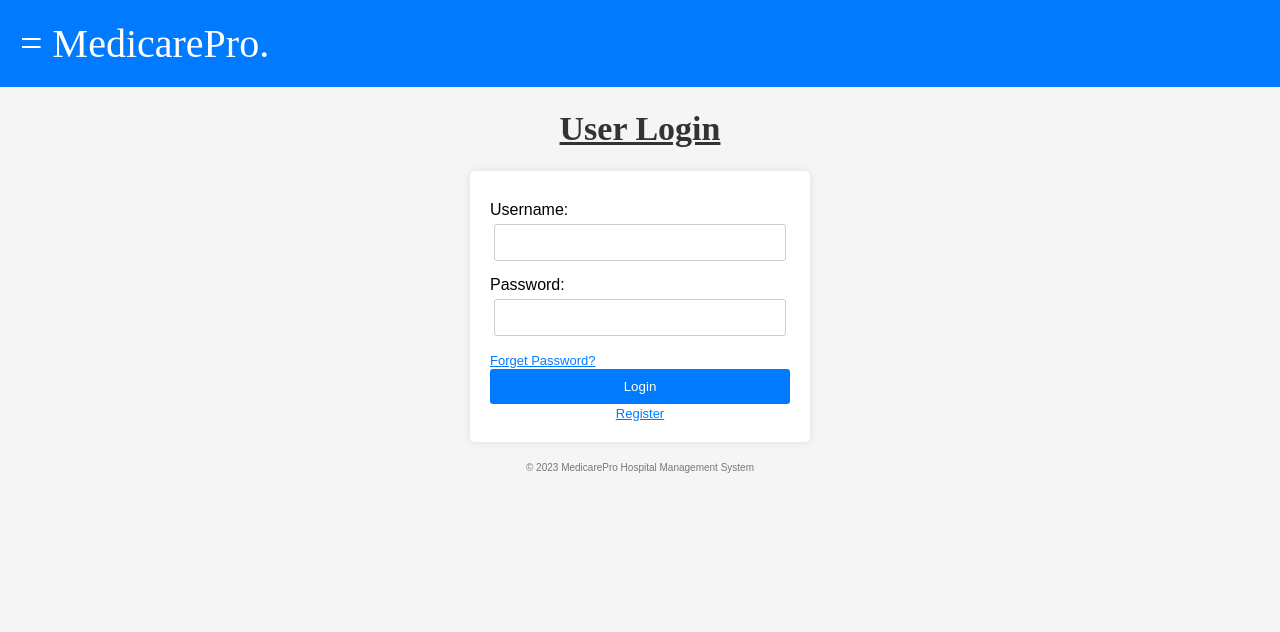
Repository: KarunarathneRR/HospitalManagementSystem
Page: http://localhost/hospital/login.jsp
The author's editor kept a copy of each file at every save. The page is drawn from the files as they stood at one save, then again after the next save.
The browser window is 1280 px wide. The pictures show the whole page.
The page is served by Tomcat 9.

Above is the page before, as saved 2023-10-27 20:13:08.
Not found: hospital/hospital/desktop/management/image/img2jpd

After the next save:
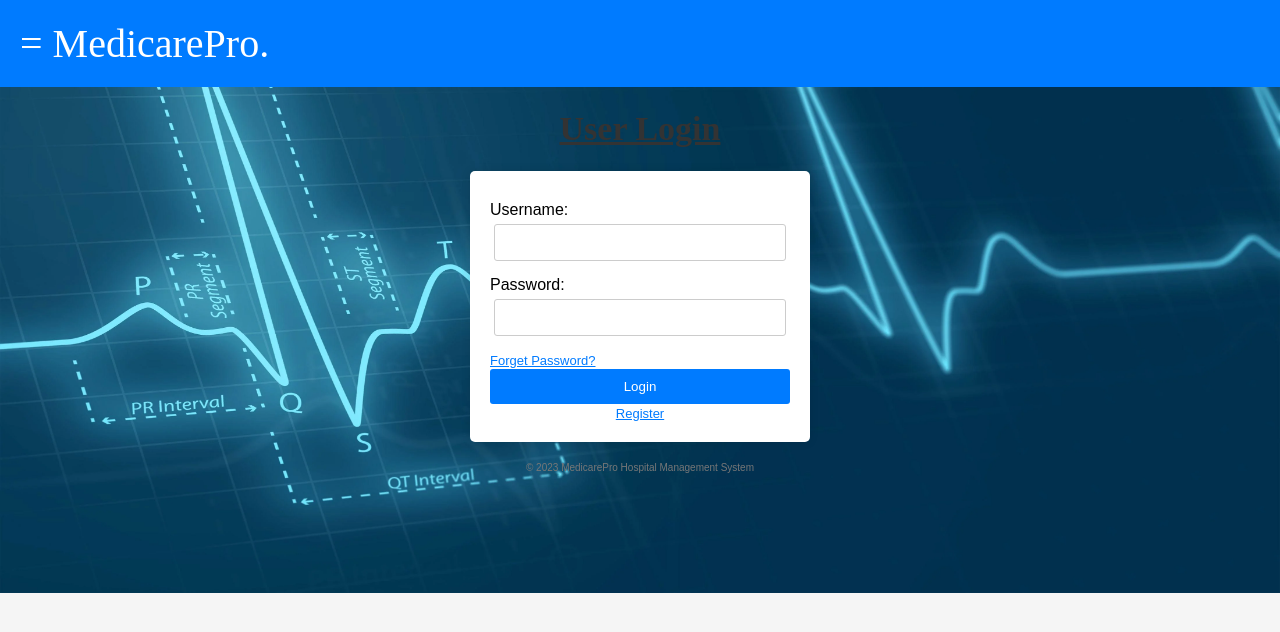
Saved 6 min 17 s later.
--- a/hospital/src/main/webapp/login.jsp
+++ b/hospital/src/main/webapp/login.jsp
@@ -13,7 +13,7 @@
             margin: 0;
             padding: 0;
             /* Set the background image */
-            background-image: url('desktop/management/image/img2jpd');
+            background-image: url('img2.jpg');
             /* Adjust background image properties */
             background-size: cover;
             background-position: center;
